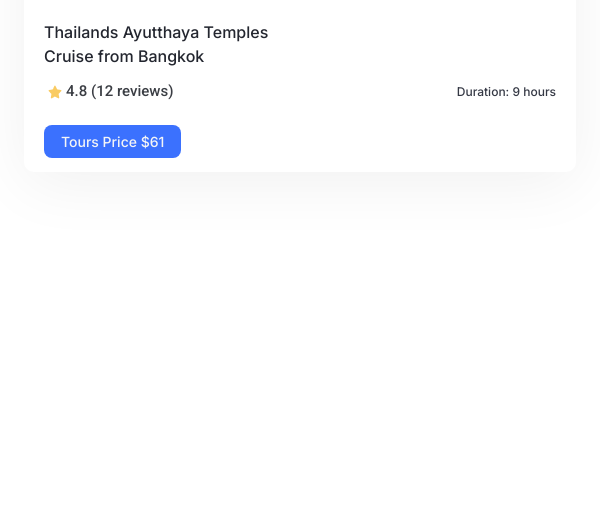
Repository: man0405/practice-web
Page: index.html
These files come from the project's save history. The page is drawn as it stood at one moment and after the next save; the edit follows.
The browser window is 600 px wide. The pictures show the part of the page from y = 319 to 850 px (the page is 850 px tall).
Some web fonts or font styles are not loaded; a fallback is used.

Above is the page before, as saved 2023-03-30 16:41:40.

### index.html
<!DOCTYPE html>
<html lang="en">
  <head>
    <meta charset="UTF-8" />
    <meta http-equiv="X-UA-Compatible" content="IE=edge" />
    <meta name="viewport" content="width=device-width, initial-scale=1.0" />
    <title>Practice Website</title>
    <link rel="stylesheet" href="./main.css" />
    <link rel="preconnect" href="https://fonts.googleapis.com" />
    <link rel="preconnect" href="https://fonts.gstatic.com" crossorigin="" />
    <link
      href="https://fonts.googleapis.com/css2?family=Delicious+Handrawn&amp;family=Inter:wght@100;200;300;400;500;600;700;800;900&amp;family=Pacifico&amp;family=Roboto:ital,wght@0,100;0,300;0,400;0,500;0,700;0,900;1,100;1,300;1,400;1,500;1,700;1,900&amp;display=swap"
      rel="stylesheet"
    />
    <link rel="preconnect" href="https://fonts.googleapis.com" />
    <link rel="preconnect" href="https://fonts.gstatic.com" crossorigin="" />
    <link
      href="https://fonts.googleapis.com/css2?family=DM+Sans:wght@500&amp;family=Delicious+Handrawn&amp;family=Inter:wght@100;200;300;400;500;600;700;800;900&amp;family=Pacifico&amp;family=Roboto:ital,wght@0,100;0,300;0,400;0,500;0,700;0,900;1,100;1,300;1,400;1,500;1,700;1,900&amp;display=swap"
      rel="stylesheet"
    />
    <link rel="preconnect" href="https://fonts.googleapis.com" />
    <link rel="preconnect" href="https://fonts.gstatic.com" crossorigin="" />
    <link
      href="https://fonts.googleapis.com/css2?family=DM+Sans:wght@500&amp;family=Delicious+Handrawn&amp;family=Inter:wght@100;200;300;400;500;600;700;800;900&amp;family=Pacifico&amp;family=Roboto:ital,wght@0,100;0,300;0,400;0,500;0,700;0,900;1,100;1,300;1,400;1,500;1,700;1,900&amp;display=swap"
      rel="stylesheet"
    />
    <link rel="preconnect" href="https://fonts.googleapis.com" />
    <link rel="preconnect" href="https://fonts.gstatic.com" crossorigin />
    <link
      href="https://fonts.googleapis.com/css2?family=DM+Sans:wght@500&family=Delicious+Handrawn&family=Inter:wght@100;200;300;400;500;600;700;800;900&family=Pacifico&family=Roboto:ital,wght@0,100;0,300;0,400;0,500;0,700;0,900;1,100;1,300;1,400;1,500;1,700;1,900&display=swap"
      rel="stylesheet"
    />
  </head>
  <body>
    <section class="top-tour">
      <div class="container">
        <h2 class="heading">Top Bangkok Tours</h2>
        <div class="tour-list">
          <div class="tour-item">
            <div class="tour-top">
              <img
                class="tour-image"
                src="https://source.unsplash.com/random"
                alt="tour-image"
              /><span class="tour-price">From $60</span>
            </div>
            <div class="tour-contents">
              <h3 class="tour-title">
                Thailands Ayutthaya Temples Cruise from Bangkok
              </h3>
              <div class="tour-rating">
                <div class="tour-review">
                  <div class="tour-star">
                    <img src="./img/star.png" alt="tour-rating" />
                  </div>
                  <div class="tour-review-count">4.8 (12 reviews)</div>
                </div>
                <div class="tour-duration">Duration: 9 hours</div>
              </div>
              <a
                class="tour-button"
                href="#"
                target="_blank"
                rel="noopener noreferrer"
                >Tours Price $61</a
              >
            </div>
          </div>
        </div>
      </div>
    </section>
  </body>
</html>

### main.css
:root {
  --text-color: #fcfcfd;
  --primary-color: #3b71fe;
  --gray-1: #23262f;
  --gray-2: #353945;
  --gray-6: #f4f5f6;

  --primary-font: "Inter", sans-serif;
  --secondary-font: "DM Sans", sans-serif;
  --third-font: "Roboto", sans-serif;
}

*,
*:before,
*:after {
  box-sizing: border-box;
}
* {
  margin: 0;
  padding: 0;
  font: inherit;
}
img,
picture,
svg,
video {
  display: block;
  max-width: 100%;
}
body {
  font-family: var(--primary-font);
  min-height: 100vh;
}

.container {
  width: 100%;
  max-width: 1200px;
  margin: 50px auto;
  padding: 0 15px;
}

.heading {
  color: black;
  font-size: 30px;
  font-weight: 600;
  line-height: 1.5;
  margin-bottom: 34px;
}

.tour-list {
  display: flex;
  flex-direction: row;
  align-items: stretch;
  flex-wrap: wrap;
  gap: 30px;
}

.tour-item {
  width: calc(33.33% - 20px);
  border-radius: 10px;
  box-shadow: 0px 12px 64px rgba(0, 0, 0, 0.06);
}

.tour-top {
  width: 100%;
  height: 239px;
  position: relative;
  margin-bottom: 20px;
}

.tour-image {
  width: 100%;
  height: 100%;
  border-top-right-radius: 10px;
  border-top-left-radius: 10px;
  object-fit: cover;
}

.tour-price {
  position: absolute;
  top: 24px;
  left: 30px;
  color: var(--text-color);
  background-color: var(--gray-2);
  padding: 5px 16px;
  opacity: 0.7;
  border-radius: 4px;

  font-size: 12px;
  font-weight: 500;
  font-family: var(--secondary-font);
  line-height: 1.6667;
}

.tour-contents {
  margin-left: 20px;
  margin-right: 20px;
  padding-bottom: 14px;
}

.tour-title {
  max-width: 258px;
  font-size: 18px;
  font-weight: 500;
  line-height: 1.5667;
  margin-bottom: 10px;
  color: var(--gray-1);
  display: -webkit-box;
  -webkit-line-clamp: 2;
  -webkit-box-orient: vertical;
  overflow: hidden;
  text-overflow: ellipsis;
  word-break: break-word;
}

.tour-rating {
  display: flex;
  justify-content: space-between;
  align-items: center;
  margin-bottom: 20px;
}

.tour-review {
  display: flex;
  align-items: center;
}

.tour-review-count {
  font-family: var(--third-font);
  font-size: 15px;
  font-weight: 500;
  line-height: 1.8;
  color: #3b3e44;
}

.tour-duration {
  font-family: var(--primary-font);
  font-weight: 500;
  font-size: 14px;
  line-height: 1.428;
  color: var(--gray-2);
}

.tour-button {
  display: inline-block;
  text-decoration: none;
  color: var(--gray-6);
  font-weight: 500;
  font-size: 14px;
  line-height: 1.214;
  background-color: var(--primary-color);
  padding: 8px 17px;
  border-radius: 8px;
}

@media screen and (max-width: 767.98px) {
  .container {
    padding: 0 24px;
  }
  .heading {
    margin-bottom: 30px;
    font-weight: 500;
    font-size: 18px;
    line-height: 28px;
    color: var(--gray-1);
  }
  .tour-list {
    gap: 20px;
  }
  .tour-item {
    width: 100%;
  }
  .tour-top {
    height: 211px;
  }
  .tour-price {
    font-size: 12px;
    line-height: 20px;
  }
  .tour-title {
    font-weight: 500;
    font-size: 16px;
    line-height: 24px;
  }
  .tour-duration {
    font-weight: 500;
    font-size: 12px;
    line-height: 15px;
  }
}

@media screen and (min-width: 768px) and (max-width: 1023.98px) {
}

After the next save:
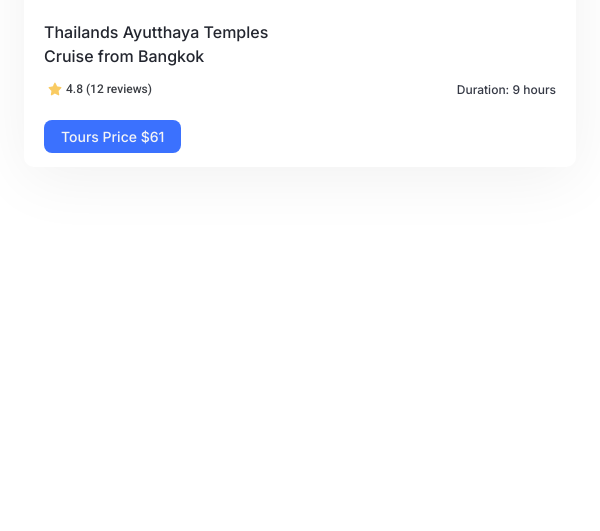
Saved 19 s later.
--- a/main.css
+++ b/main.css
@@ -182,7 +182,8 @@ body {
     font-size: 16px;
     line-height: 24px;
   }
-  .tour-duration {
+  .tour-duration,
+  .tour-review-count {
     font-weight: 500;
     font-size: 12px;
     line-height: 15px;
